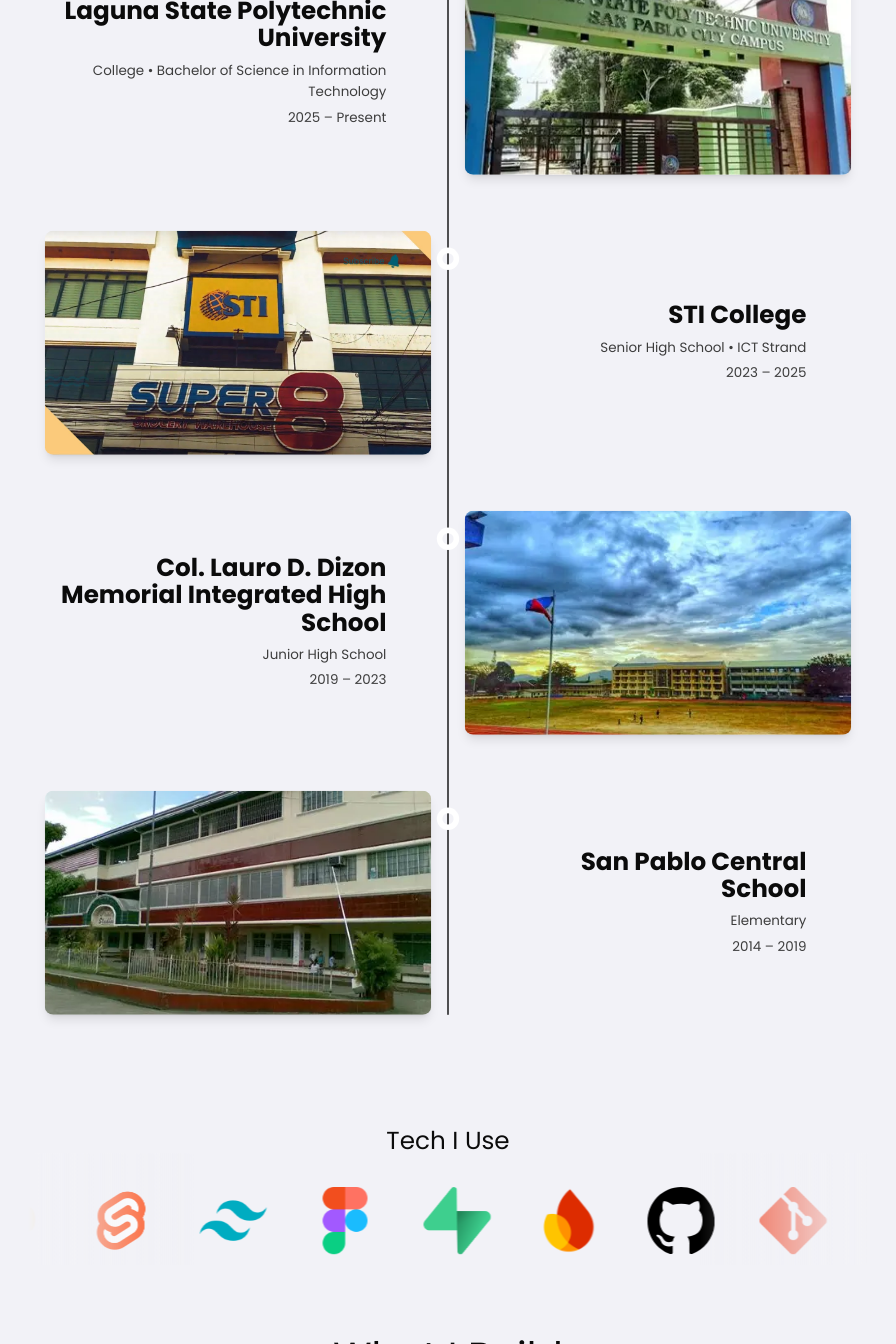
Repository: Latrell26/Portfolio-schoolProject
Page: /
An editor plug-in stored every save of this project. The page is shown before and after the next save, followed by the edit.
The browser window is 1280 px wide. The pictures show the part of the page from y = 1794 to 3714 px (the page is 6180 px tall before and 5860 px after), at 70% of full size.
The project was rebuilt for these pictures with package versions that can differ from the ones it lists, and the page was loaded fresh each time. Also part of the build but not shown: svelte.config.js, vite.config.js.

Above is the page before, as saved 2026-01-02 22:37:13.

After the next save:
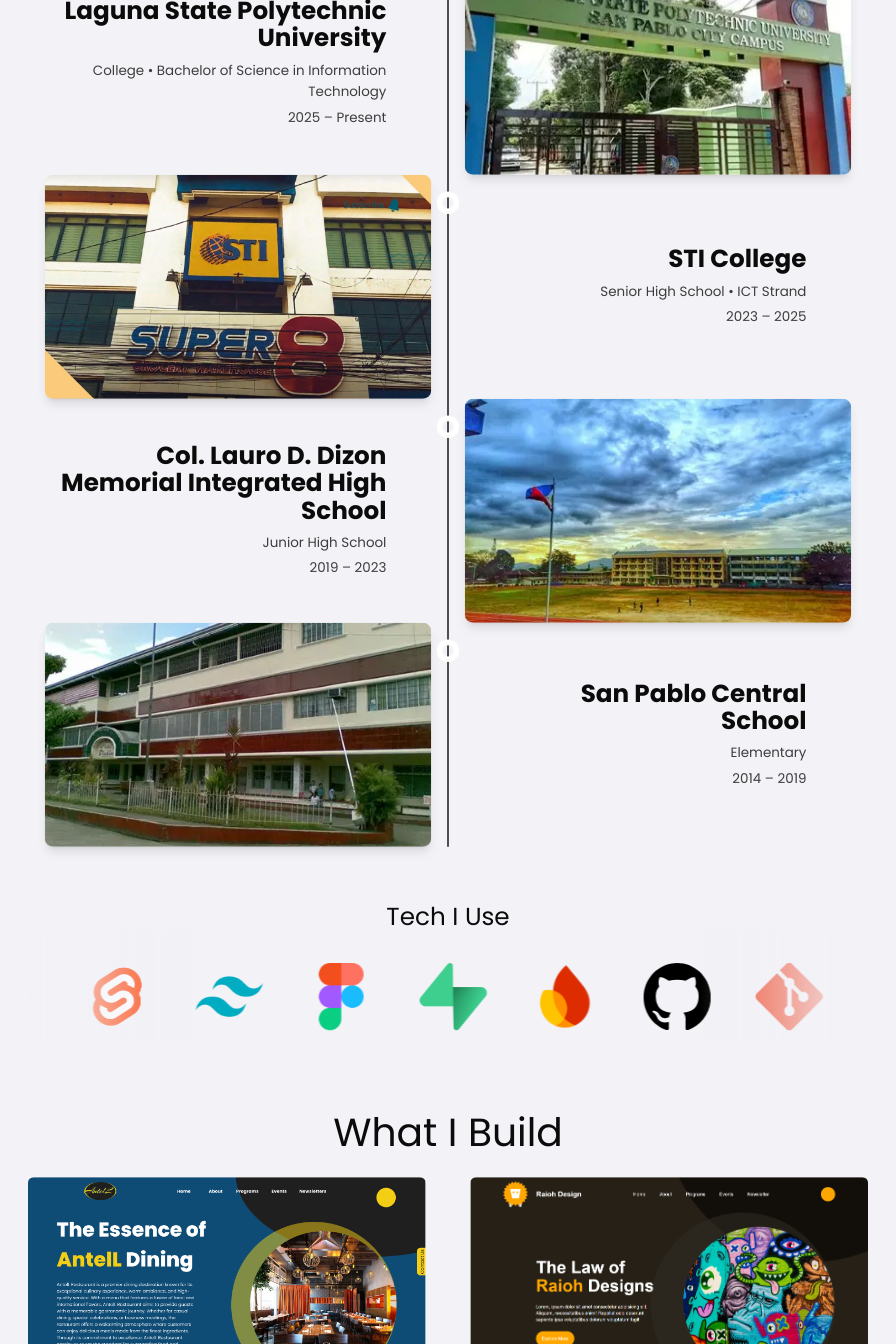
Saved 10 s later.
--- a/src/lib/TimeLineItem.svelte
+++ b/src/lib/TimeLineItem.svelte
@@ -7,7 +7,7 @@
   export let isLeft = true;
 </script>
 
-<div class="grid grid-cols-1 lg:grid-cols-2 gap-12 items-center relative mb-20">
+<div class="grid grid-cols-1 lg:grid-cols-2 gap-12 items-center relative mb-0">
     <div class={`text-left lg:text-right lg:pr-16 ${isLeft ? "order-2 lg:order-1" : "order-2 lg:order-2 text-right lg:text-left lg:pl-16"}`}>
         <h3 class="font-bold">{school}</h3>
         <p class="mt-3 text-lg">{level}</p>

After the save that followed:
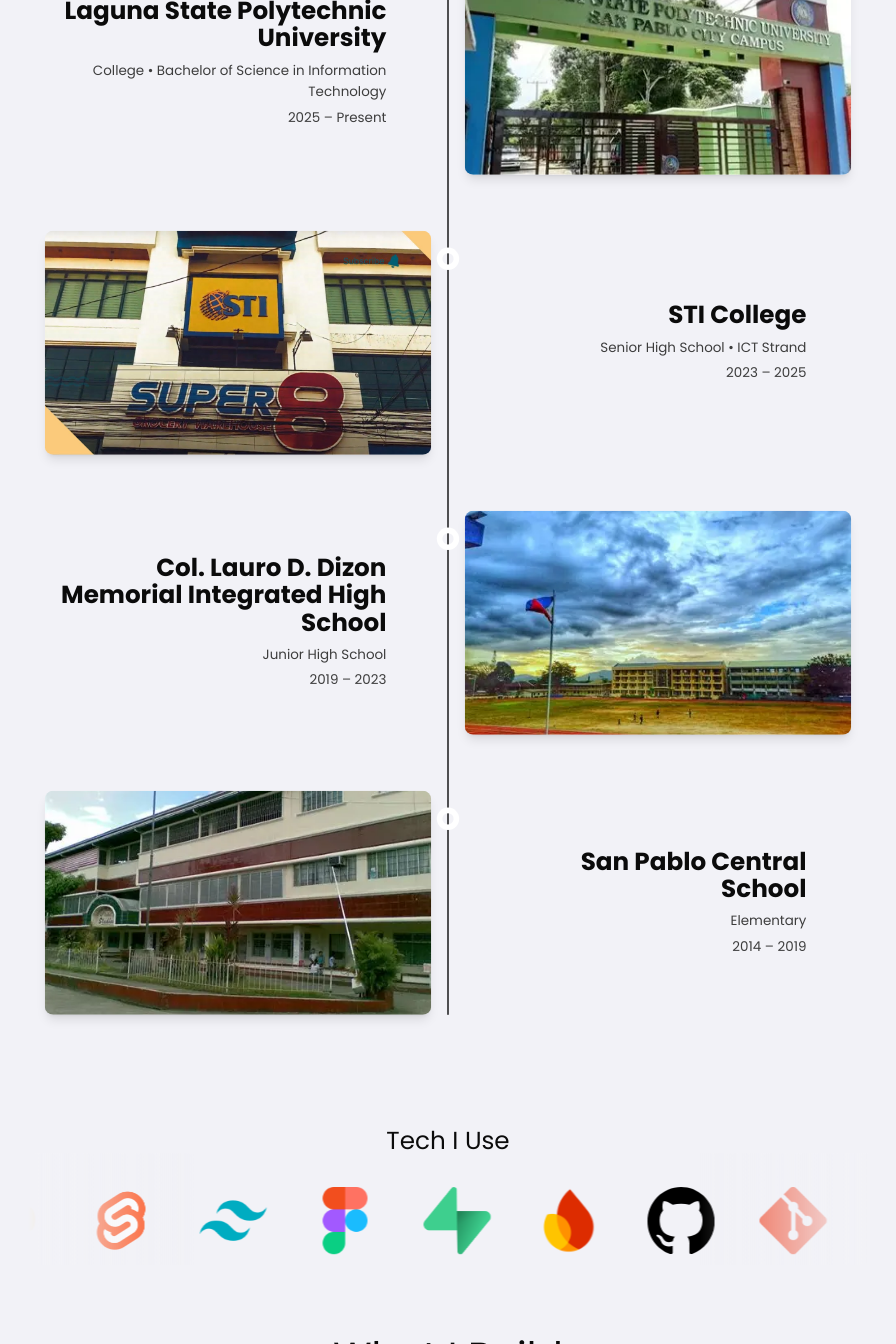
Saved 4 s later.
--- a/src/lib/TimeLineItem.svelte
+++ b/src/lib/TimeLineItem.svelte
@@ -7,7 +7,7 @@
   export let isLeft = true;
 </script>
 
-<div class="grid grid-cols-1 lg:grid-cols-2 gap-12 items-center relative mb-0">
+<div class="grid grid-cols-1 lg:grid-cols-2 gap-12 items-center relative mb-20">
     <div class={`text-left lg:text-right lg:pr-16 ${isLeft ? "order-2 lg:order-1" : "order-2 lg:order-2 text-right lg:text-left lg:pl-16"}`}>
         <h3 class="font-bold">{school}</h3>
         <p class="mt-3 text-lg">{level}</p>
